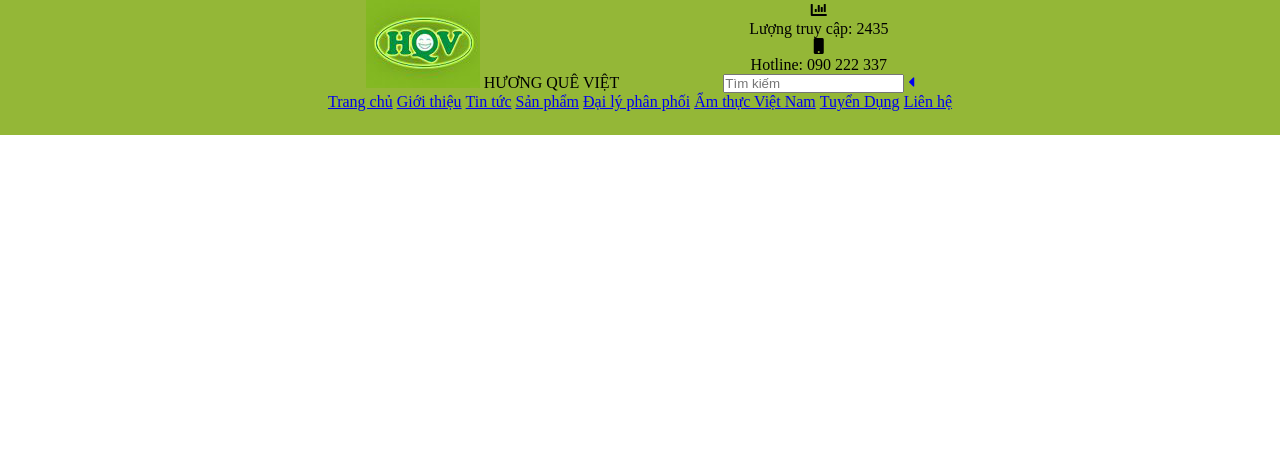
Repository: NgocTruong0701/Self_Learning
Page: html/practice/Baitapweb/index.html
An editor plug-in stored every save of this project. The page is shown before and after the next save, followed by the edit.
The browser window is 1280 px wide. The pictures show the whole page.

Above is the page before, as saved 2021-10-06 16:43:33.

### html/practice/Baitapweb/index.html
<!DOCTYPE html>
<html>
    <head>
        <title>Web Bài 4</title>
        <meta charset="UTF-8">
        <meta name="author" content="Lê Ngọc Trường">
        <link rel="stylesheet" type="text/css" href="./assets/css/styles.css">
        <link rel="stylesheet" href="./assets/font/fontawesome-free-5.15.4-web/css/all.css">
    </head>

    <body>
        <!-- Begin Header -->
        <header>
            <!-- logo -->
            <div class="logo">
                <img src="./assets/pictures/logo/logo.jpg" alt="logo">
            </div>

            <!-- tiêu đề -->
            <div class="header-heading">
                hương quê việt
            </div>

            <!-- khối bên phải -->
            <div class="box-right">
                <div class="thongtin">
                    <div class="ltruycap">
                        <i class="fas fa-chart-bar"></i>
                        <p>Lượng truy cập: 2435</p>
                    </div>

                    <div class="hotline">
                        <i class="fas fa-mobile"></i>
                        <p>Hotline: 090 222 337</p>
                    </div>
                </div>

                <div class="search">
                    <form action="url" method="GET">
                        <input type="text" placeholder="Tìm kiếm">
                        <a href="#">
                            <i class="fas fa-caret-left"></i>
                        </a>
                    </form>
                </div>
            </div>

            <!-- menu header -->
            <div class="menu-header">
                <ul class="menu-tren">
                    <li><a href="#">Trang chủ</a></li>
                    <li><a href="#">Giới thiệu</a></li>
                    <li><a href="#">Tin tức</a></li>
                    <li><a href="#">Sản phẩm</a></li>
                    <li><a href="#">Đại lý phân phối</a></li>
                    <li><a href="#">Ẩm thực Việt Nam</a></li>
                    <li><a href="#">Tuyển Dụng</a></li>
                    <li><a href="#">Liên hệ</a></li>
                </ul>
            </div>

        </header>
        <!-- End Header -->

        <!-- Begin Body -->
        <div id="container">

        </div>
        <!-- End Body -->

        <!-- Begin Footer -->
        <footer>

        </footer>
        <!-- End Footer -->
    </body>
</html>

### html/practice/Baitapweb/assets/css/styles.css
/* RESET CSS */
*{
    padding:0;
    margin: 0;
    box-sizing:border-box;
}

/* Begin Header */
header{
    background-color: #94b737;
    text-align: center;
    width: 100%;
    height: 135px;
}

.logo{
    display: inline-block;
}

.header-heading{
    text-transform: uppercase;
    display: inline-block;
    padding-right:100px;

}

header .box-right{
    display: inline-block;
}

.menu-header{
    width: ;
}


.menu-tren li{
    display: inline-block;
}


/* End Header */

/* Begin Container */




/* End Container */

/* Begin Footer */





/* End Footer */

Loaded but not shown: html/practice/Baitapweb/Web4-Webside-LeNgocTruong-2020601391/assets/font/fontawesome-free-5.15.4-web/css/all.css (library)

After the next save:
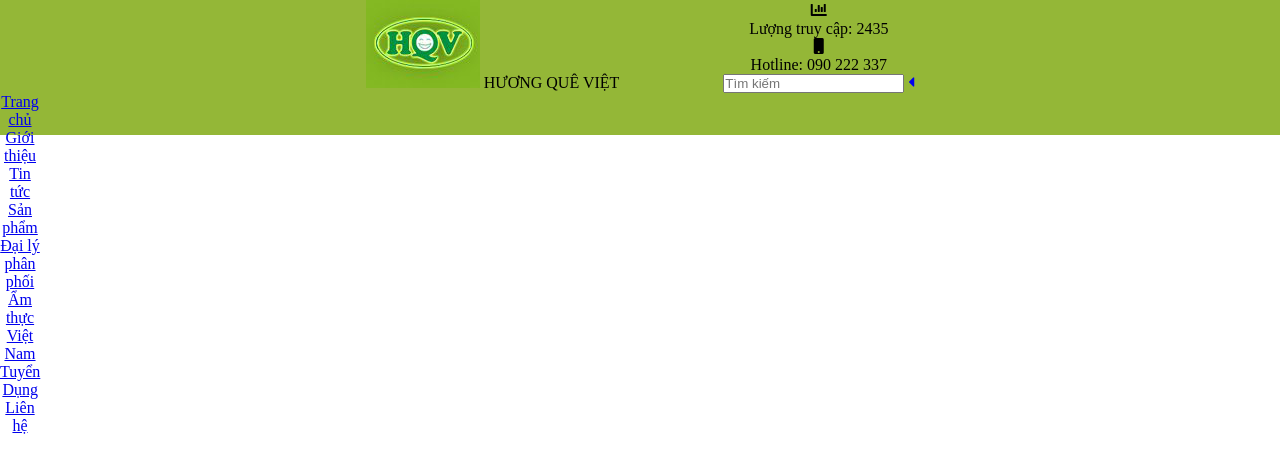
Saved 14 s later.
--- a/html/practice/Baitapweb/assets/css/styles.css
+++ b/html/practice/Baitapweb/assets/css/styles.css
@@ -29,7 +29,7 @@ header .box-right{
 }
 
 .menu-header{
-    width: ;
+    width: 40px;
 }
 
 

After the save that followed:
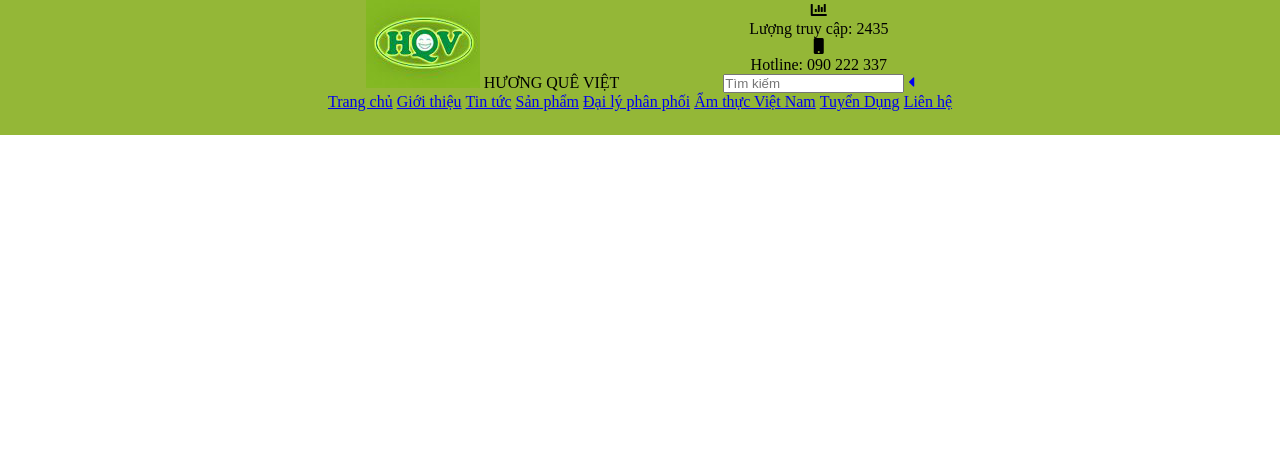
Saved 14 s later.
--- a/html/practice/Baitapweb/assets/css/styles.css
+++ b/html/practice/Baitapweb/assets/css/styles.css
@@ -29,7 +29,7 @@ header .box-right{
 }
 
 .menu-header{
-    width: 40px;
+    heigt: 40px;
 }
 
 
